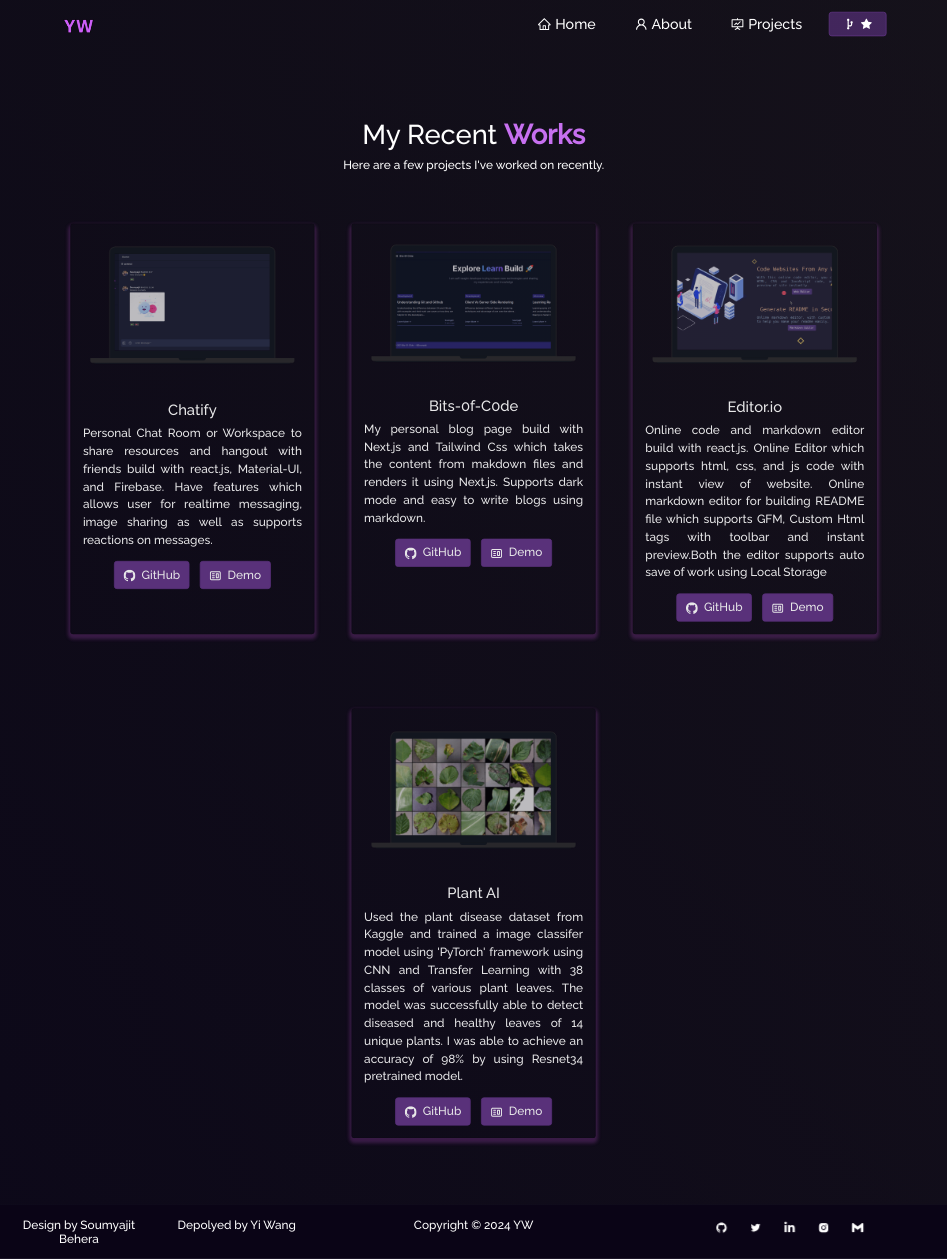
Repository: YiWang24/Portfolio
Page: /project
An editor plug-in stored every save of this project. The page is shown before and after a run of saves, followed by the edit.
The browser window is 1280 px wide. The pictures show the whole page, at 74% of full size.
The project was rebuilt for these pictures with package versions that can differ from the ones it lists, and the page was loaded fresh each time. Also part of the build but not shown: src/components/Home/Home2.js, src/components/Home/Type.js, src/components/Home/Home.js, src/components/About/Github.js, src/components/About/Techstack.js, src/components/About/AboutCard.js, src/components/About/Toolstack.js, src/components/About/About.js and 1 more. Imported but missing from the stored project, and not drawn on this page: src/Assets/Soumyajit_Behera-BIT_MESRA.pdf.

Above is the page before, as saved 2024-08-21 21:25:35.

### public/index.html
<!DOCTYPE html>
<html lang="en">

<head>
  <meta charset="utf-8" />
  <link rel="icon" href="%PUBLIC_URL%/favicon.png" />
  <meta name="viewport" content="width=device-width, initial-scale=1" />
  <meta name="theme-color" content="#000000" />
  <meta name="description" content="Web site created using create-react-app" />
  <link rel="manifest" href="%PUBLIC_URL%/manifest.json" />
  <title>Yi Wang | Portfolio</title>
  <meta name="description" content="Self Developed personal website build with React.js">

  <!-- Google / Search Engine Tags -->
  <meta itemprop="name" content="Yi Wang | Portfolio">
  <meta itemprop="description" content="Self Developed personal website build with React.js">
  <meta itemprop="image"
    content="https://raw.githubusercontent.com/soumyajit4419/Portfolio/master/Images/readme-img.png?token=AK7VCIF5RYEUZZAURELPTAC76U6AK">

  <!-- Facebook Meta Tags -->
  <meta property="og:url" content="https://soumyajit.vercel.app">
  <meta property="og:type" content="website">
  <meta property="og:title" content="Yi Wang | Portfolio">
  <meta property="og:description" content="Self Developed personal website build with React.js">
  <meta property="og:image"
    content="https://raw.githubusercontent.com/soumyajit4419/Portfolio/master/Images/readme-img.png?token=AK7VCIF5RYEUZZAURELPTAC76U6AK">

  <!-- Twitter Meta Tags -->
  <meta name="twitter:card" content="summary_large_image">
  <meta name="twitter:title" content="Yi Wang | Portfolio">
  <meta name="twitter:description" content="Self Developed personal website build with React.js">
  <meta name="twitter:image"
    content="https://raw.githubusercontent.com/soumyajit4419/Portfolio/master/Images/readme-img.png?token=AK7VCIF5RYEUZZAURELPTAC76U6AK">
</head>

<body>
  <noscript>You need to enable JavaScript to run this app.</noscript>
  <div id="root"></div>
</body>

</html>

### src/components/Navbar.js
import React, { useState } from "react";
import Navbar from "react-bootstrap/Navbar";
import Nav from "react-bootstrap/Nav";
import Container from "react-bootstrap/Container";
import logo from "../Assets/logo.png";
import Button from "react-bootstrap/Button";
import { Link } from "react-router-dom";
import { CgGitFork } from "react-icons/cg";
import { ImBlog } from "react-icons/im";
import {
  AiFillStar,
  AiOutlineHome,
  AiOutlineFundProjectionScreen,
  AiOutlineUser,
} from "react-icons/ai";

import { CgFileDocument } from "react-icons/cg";

function NavBar() {
  const [expand, updateExpanded] = useState(false);
  const [navColour, updateNavbar] = useState(false);

  function scrollHandler() {
    if (window.scrollY >= 20) {
      updateNavbar(true);
    } else {
      updateNavbar(false);
    }
  }

  window.addEventListener("scroll", scrollHandler);

  return (
    <Navbar
      expanded={expand}
      fixed="top"
      expand="md"
      className={navColour ? "sticky" : "navbar"}
    >
      <Container>
        <Navbar.Brand href="/" className="d-flex">
          <img src={logo} className="img-fluid logo" alt="brand" />
        </Navbar.Brand>
        <Navbar.Toggle
          aria-controls="responsive-navbar-nav"
          onClick={() => {
            updateExpanded(expand ? false : "expanded");
          }}
        >
          <span></span>
          <span></span>
          <span></span>
        </Navbar.Toggle>
        <Navbar.Collapse id="responsive-navbar-nav">
          <Nav className="ms-auto" defaultActiveKey="#home">
            <Nav.Item>
              <Nav.Link as={Link} to="/" onClick={() => updateExpanded(false)}>
                <AiOutlineHome style={{ marginBottom: "2px" }} /> Home
              </Nav.Link>
            </Nav.Item>

            <Nav.Item>
              <Nav.Link
                as={Link}
                to="/about"
                onClick={() => updateExpanded(false)}
              >
                <AiOutlineUser style={{ marginBottom: "2px" }} /> About
              </Nav.Link>
            </Nav.Item>

            <Nav.Item>
              <Nav.Link
                as={Link}
                to="/project"
                onClick={() => updateExpanded(false)}
              >
                <AiOutlineFundProjectionScreen
                  style={{ marginBottom: "2px" }}
                />{" "}
                Projects
              </Nav.Link>
            </Nav.Item>

            {/* <Nav.Item>
              <Nav.Link
                as={Link}
                to="/resume"
                onClick={() => updateExpanded(false)}
              >
                <CgFileDocument style={{ marginBottom: "2px" }} /> Resume
              </Nav.Link>
            </Nav.Item>

            <Nav.Item>
              <Nav.Link
                href="https://soumyajitblogs.vercel.app/"
                target="_blank"
                rel="noreferrer"
              >
                <ImBlog style={{ marginBottom: "2px" }} /> Blogs
              </Nav.Link>
            </Nav.Item> */}

            <Nav.Item className="fork-btn">
              <Button
                href="https://github.com/YiWang24/Portfolio"
                target="_blank"
                className="fork-btn-inner"
              >
                <CgGitFork style={{ fontSize: "1.2em" }} />{" "}
                <AiFillStar style={{ fontSize: "1.1em" }} />
              </Button>
            </Nav.Item>
          </Nav>
        </Navbar.Collapse>
      </Container>
    </Navbar>
  );
}

export default NavBar;

### src/components/Projects/Projects.js
import React from "react";
import { Container, Row, Col } from "react-bootstrap";
import ProjectCard from "./ProjectCards";
import Particle from "../Particle";
import leaf from "../../Assets/Projects/leaf.png";
import emotion from "../../Assets/Projects/emotion.png";
import editor from "../../Assets/Projects/codeEditor.png";
import chatify from "../../Assets/Projects/chatify.png";
import suicide from "../../Assets/Projects/suicide.png";
import bitsOfCode from "../../Assets/Projects/blog.png";

function Projects() {
  return (
    <Container fluid className="project-section">
      <Particle />
      <Container>
        <h1 className="project-heading">
          My Recent <strong className="purple">Works </strong>
        </h1>
        <p style={{ color: "white" }}>
          Here are a few projects I've worked on recently.
        </p>
        <Row style={{ justifyContent: "center", paddingBottom: "10px" }}>
          <Col md={4} className="project-card">
            <ProjectCard
              imgPath={chatify}
              isBlog={false}
              title="Chatify"
              description="Personal Chat Room or Workspace to share resources and hangout with friends build with react.js, Material-UI, and Firebase. Have features which allows user for realtime messaging, image sharing as well as supports reactions on messages."
              ghLink="https://github.com/soumyajit4419/Chatify"
              demoLink="https://chatify-49.web.app/"
            />
          </Col>

          <Col md={4} className="project-card">
            <ProjectCard
              imgPath={bitsOfCode}
              isBlog={false}
              title="Bits-0f-C0de"
              description="My personal blog page build with Next.js and Tailwind Css which takes the content from makdown files and renders it using Next.js. Supports dark mode and easy to write blogs using markdown."
              ghLink="https://github.com/soumyajit4419/Bits-0f-C0de"
              demoLink="https://blogs.soumya-jit.tech/"
            />
          </Col>

          <Col md={4} className="project-card">
            <ProjectCard
              imgPath={editor}
              isBlog={false}
              title="Editor.io"
              description="Online code and markdown editor build with react.js. Online Editor which supports html, css, and js code with instant view of website. Online markdown editor for building README file which supports GFM, Custom Html tags with toolbar and instant preview.Both the editor supports auto save of work using Local Storage"
              ghLink="https://github.com/soumyajit4419/Editor.io"
              demoLink="https://editor.soumya-jit.tech/"
            />
          </Col>

          <Col md={4} className="project-card">
            <ProjectCard
              imgPath={leaf}
              isBlog={false}
              title="Plant AI"
              description="Used the plant disease dataset from Kaggle and trained a image classifer model using 'PyTorch' framework using CNN and Transfer Learning with 38 classes of various plant leaves. The model was successfully able to detect diseased and healthy leaves of 14 unique plants. I was able to achieve an accuracy of 98% by using Resnet34 pretrained model."
              ghLink="https://github.com/soumyajit4419/Plant_AI"
              demoLink="https://plant49-ai.herokuapp.com/"
            />
          </Col>




        </Row>
      </Container>
    </Container>
  );
}

export default Projects;

### src/components/Footer.js
import React from "react";
import { Container, Row, Col } from "react-bootstrap";
import {
  AiFillGithub,
  AiOutlineTwitter,
  AiFillInstagram,
} from "react-icons/ai";
import { FaLinkedinIn } from "react-icons/fa";
import { SiGmail } from "react-icons/si";

function Footer() {
  let date = new Date();
  let year = date.getFullYear();
  return (
    <Container fluid className="footer">
      <Row>
        <Col md="2" className="footer-copywright">
          <h3>Design by Soumyajit Behera</h3>
        </Col>
        <Col md="2" className="footer-copywright">
          <h3>Depolyed by Yi Wang</h3>
        </Col>
        <Col md="4" className="footer-copywright">
          <h3>Copyright © {year} YW</h3>
        </Col>
        <Col md="4" className="footer-body">
          <ul className="footer-icons">
            <li className="social-icons">
              <a
                href="https://github.com/YiWang24"
                style={{ color: "white" }}
                target="_blank"
                rel="noopener noreferrer"
                aria-label="GitHub"
              >
                <AiFillGithub />
              </a>
            </li>
            <li className="social-icons">
              <a
                href="https://x.com/wang_yi13857"
                style={{ color: "white" }}
                target="_blank"
                rel="noopener noreferrer"
              >
                <AiOutlineTwitter />
              </a>
            </li>
            <li className="social-icons">
              <a
                href="https://www.linkedin.com/in/yi-wang-51892731a/"
                style={{ color: "white" }}
                target="_blank"
                rel="noopener noreferrer"
              >
                <FaLinkedinIn />
              </a>
            </li>
            <li className="social-icons">
              <a
                href="https://www.instagram.com/yiwang2026/"
                style={{ color: "white" }}
                target="_blank"
                rel="noopener noreferrer"
              >
                <AiFillInstagram />
              </a>
            </li>
            <li className="social-icons">
              <a
                href="mailto:yiwang2457@gmail.com"
                style={{ color: "white" }}
                target="_blank"
                rel="noopener noreferrer"
              >
                <SiGmail />
              </a>
            </li>
          </ul>
        </Col>
      </Row>
    </Container>
  );
}

export default Footer;

### src/components/Particle.js
import React from "react";
import Particles from "react-tsparticles";

function Particle() {
  return (
    <Particles
      id="tsparticles"
      params={{
        particles: {
          number: {
            value: 160,
            density: {
              enable: true,
              value_area: 1500,
            },
          },
          line_linked: {
            enable: false,
            opacity: 0.03,
          },
          move: {
            direction: "right",
            speed: 0.05,
          },
          size: {
            value: 1,
          },
          opacity: {
            anim: {
              enable: true,
              speed: 1,
              opacity_min: 0.05,
            },
          },
        },
        interactivity: {
          events: {
            onclick: {
              enable: true,
              mode: "push",
            },
          },
          modes: {
            push: {
              particles_nb: 1,
            },
          },
        },
        retina_detect: true,
      }}
    />
  );
}

export default Particle;

### src/components/Projects/ProjectCards.js
import React from "react";
import Card from "react-bootstrap/Card";
import Button from "react-bootstrap/Button";
import { CgWebsite } from "react-icons/cg";
import { BsGithub } from "react-icons/bs";

function ProjectCards(props) {
  return (
    <Card className="project-card-view">
      <Card.Img variant="top" src={props.imgPath} alt="card-img" />
      <Card.Body>
        <Card.Title>{props.title}</Card.Title>
        <Card.Text style={{ textAlign: "justify" }}>
          {props.description}
        </Card.Text>
        <Button variant="primary" href={props.ghLink} target="_blank">
          <BsGithub /> &nbsp;
          {props.isBlog ? "Blog" : "GitHub"}
        </Button>
        {"\n"}
        {"\n"}

        {/* If the component contains Demo link and if it's not a Blog then, it will render the below component  */}

        {!props.isBlog && props.demoLink && (
          <Button
            variant="primary"
            href={props.demoLink}
            target="_blank"
            style={{ marginLeft: "10px" }}
          >
            <CgWebsite /> &nbsp;
            {"Demo"}
          </Button>
        )}
      </Card.Body>
    </Card>
  );
}
export default ProjectCards;

Loaded but not shown: src/index.js (common file); src/index.css (common file); src/App.js (common file); src/reportWebVitals.js (common file); src/components/Pre.js (common file); src/components/ScrollToTop.js (common file); src/style.css (common file); src/App.css (common file)

After the next 3 saves:
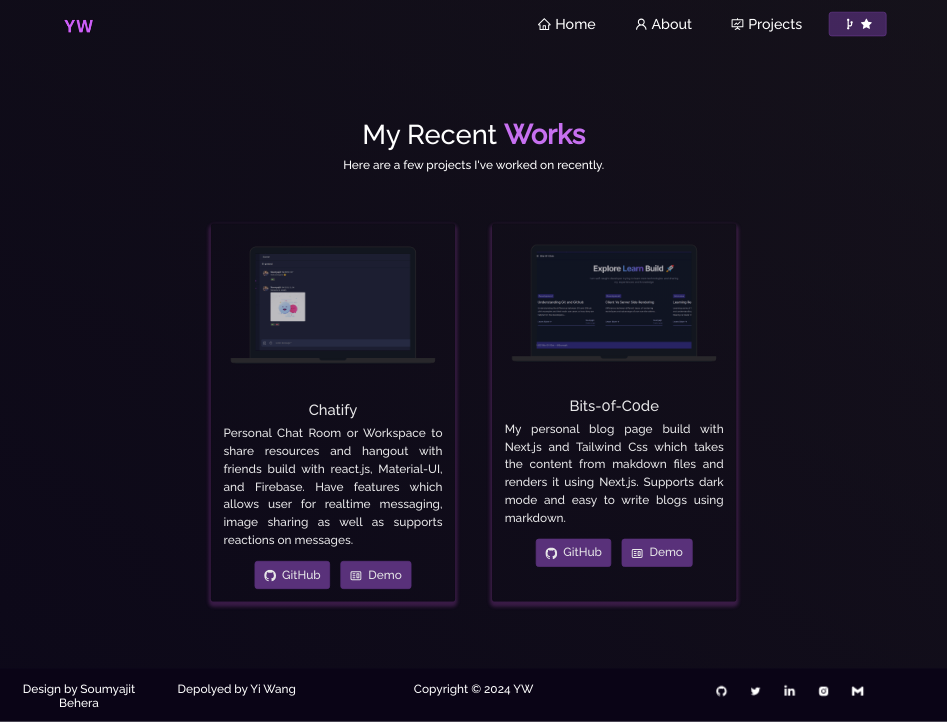
The 3 saves are shown as one change because they came seconds apart.
The last was saved 24 s later.
--- a/src/components/Projects/Projects.js
+++ b/src/components/Projects/Projects.js
@@ -43,28 +43,6 @@ function Projects() {
             />
           </Col>
 
-          <Col md={4} className="project-card">
-            <ProjectCard
-              imgPath={editor}
-              isBlog={false}
-              title="Editor.io"
-              description="Online code and markdown editor build with react.js. Online Editor which supports html, css, and js code with instant view of website. Online markdown editor for building README file which supports GFM, Custom Html tags with toolbar and instant preview.Both the editor supports auto save of work using Local Storage"
-              ghLink="https://github.com/soumyajit4419/Editor.io"
-              demoLink="https://editor.soumya-jit.tech/"
-            />
-          </Col>
-
-          <Col md={4} className="project-card">
-            <ProjectCard
-              imgPath={leaf}
-              isBlog={false}
-              title="Plant AI"
-              description="Used the plant disease dataset from Kaggle and trained a image classifer model using 'PyTorch' framework using CNN and Transfer Learning with 38 classes of various plant leaves. The model was successfully able to detect diseased and healthy leaves of 14 unique plants. I was able to achieve an accuracy of 98% by using Resnet34 pretrained model."
-              ghLink="https://github.com/soumyajit4419/Plant_AI"
-              demoLink="https://plant49-ai.herokuapp.com/"
-            />
-          </Col>
-
 
 
 
